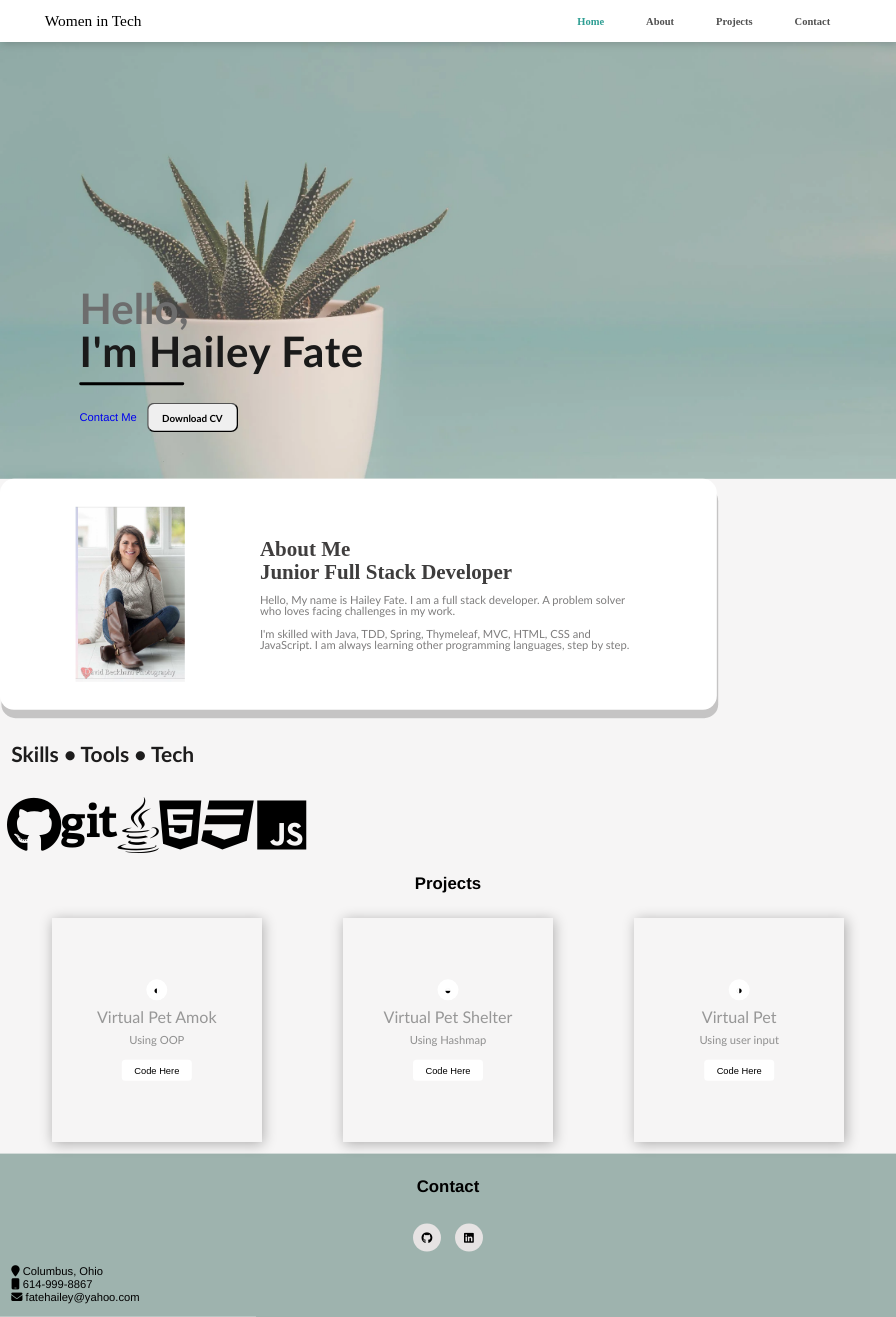
Repository: fatehailey/fatehailey.github.io
Page: index.html
These files come from the project's save history. The page is drawn as it stood at one moment and after the next save; the edit follows.
The browser window is 1280 px wide. The pictures show the whole page, at 70% of full size.
Some web libraries are served in a nearby version.

Above is the page before, as saved 2022-07-25 15:15:49.

### index.html
<!DOCTYPE html>
<html lang="en">

<head>
    <meta charset="UTF-8">
    <meta http-equiv="X-UA-Compatible" content="IE=edge">
    <meta name="viewport" content="width=device-width, initial-scale=1.0">
    <title>Professional Portfolio Website</title>
    <link rel="stylesheet" type="text/css" href="./style.css">
    <script src="https://kit.fontawesome.com/aba5373111.js" crossorigin="anonymous"></script>
</head>
<section>
    <!--------Navbar-->
    <nav>
        <header class="logo"> Women in Tech</header>
        <!--menu-->
        <ul>
            <li><a href="#" class="active">Home</a></li>
            <li><a href="#about">About</a></li>
            <li><a href="#projects">Projects</a></li>
            <li><a href="#contact-form">Contact</a></li>
        </ul>
    </nav>
    <!--text-->
    <div class="text-container">
        <p>Hello,</p>
        <p>I'm Hailey Fate</p>
        <p class="line"></p>
        <a class="button" href = "mailto: fatehailey@yahoo.com">Contact Me</a>
        <a href="Resume -JAVA.pdf">
            <button>Download CV</button>
        </a>

    </div>
</section>
<div class="about-container">
    <!--img-->
    <img src="20638533_10207488042478732_6104525529025967976_n.jpg" />
    <!--about-me-text-->
    <div class="about-text">
        <p id="about">About Me</p>
        <p>Junior Full Stack Developer</p>
        <p>Hello, My name is Hailey Fate. I am a full stack developer. A problem solver who loves facing challenges in
            my work. </p>
        <p>I'm skilled with Java, TDD, Spring, Thymeleaf, MVC, HTML, CSS and JavaScript. I am always learning other
            programming languages, step by step.</p>
    </div>
</div>

<!--Project-->
<div class="skills">
    <!--text-->
    <div class="skills-text ">
        <p>Skills • Tools • Tech</p>
    </div>
    <div class="column">
        <i class="fa-brands fa-github"></i>
        <i class="fa-brands fa-git"></i>
        <i class="fa-brands fa-java"></i>
        <i class="fa-brands fa-html5"></i>
        <i class="fa-brands fa-css3"></i>
        <i class="fa-brands fa-js"></i>
    </div>
</div>
<h2 id="projects" style="text-align:center">Projects </h2>
<div class="box-container">
    <!--1------------->
    <div class="box-1">
        <span>◐</span>
        <p class="heading">Virtual Pet Amok</p>
        <p class="details">Using OOP</p>
        <a href="https://github.com/2022-April-Java-PT-Classroom/virtual-pet-amok-fatehailey">
            <button>Code Here</button>
        </a>
    </div>
    <!--2------------->
    <div class="box-2">
        <span>◒</span>
        <p class="heading">Virtual Pet Shelter</p>
        <p class="details">Using Hashmap</p>
        <a href="https://github.com/2022-April-Java-PT-Classroom/virtual-pet-shelter-fatehailey">
            <button>Code Here</button>
        </a>
    </div>
    <!--3------------->
    <div class="box-3">
        <span>◑</span>
        <p class="heading">Virtual Pet</p>
        <p class="details">Using user input</p>
        <a href="https://github.com/2022-April-Java-PT-Classroom/virtual-pet-fatehailey">
            <button>Code Here</button>
        </a>
    </div>
</div>
<footer>
    <div class="social-footer">
        <h2 id="contacts" style="text-align:center">Contact</h2>
        <div class="social-icons">
            <a href="https://github.com/fatehailey"><i class="fa-brands fa-github"></i></a>
            <a href="https://www.linkedin.com/in/haileyfate/"><i class="fa-brands fa-linkedin"></i></a>
        </div>
        <div class="place">
            <span class="fa-solid fa-location-pin"></span>
            <span class="text">Columbus, Ohio</span>
        <div class="phone">
            <span class="fa-solid fa-mobile"></span>
            <span class="text">614-999-8867</span>
        </div>
        <div class="email">
            <span class="fa-solid fa-envelope"></span>
            <span class="text">fatehailey@yahoo.com</span>
        </div>

    </div>
</footer>
</body>
</html>

### style.css

body{
    background-color: #f6f5f5;
    margin: 0;
    padding: 0px;
    font-family: 'Franklin Gothic Medium', 'Arial Narrow', Arial, sans-serif;
}
ul{
    list-style: none;
}
a{
    text-decoration: none;
}
section{
    width: 100%;
    height: 95vh;
    background-image: url('pexels-photo-1445416.webp');
    background-repeat: no-repeat;
    background-size: cover;
}
nav{
    display: flex;
    justify-content: space-between;
    align-items: center;
    height: 60px;
    background-color: #FFFFFF;
    box-shadow: 2px 2px 12px rgba(0,0,0,0.2);
    padding: 0px 5%;
}
nav ul{
    display: flex ;
}
nav ul li a{
    margin:30px;
    font-family: myraid pro regular;
    color:#505050;
    font-size: 15px;
    font-weight: 700;
}
.logo{
    font-family: RoadTest;
    color: #000000;
    font-size: 22px;
}
.active{
   font-weight:bold;
   color: #2e9e93;
}
.text-container p:nth-child(1){
    font-family: calibri;
    font-weight: bold;
    color: #6d6d6d;
    font-size: 60px;
    padding-bottom: 1rem;
}
.text-container p:nth-child(2){
    font-family: calibri;
    font-weight: bold;
    letter-spacing: 1px;
    color: #1a1a1a;
    font-size: 60px;
}
.text-container p:nth-child(3){
    font-family: myrid pro regular;
    color: #403e3e;
    font-size: 30px;
    line-height: 30px;
}
.text-container p{
    line-height: 0px;
    margin: 45px 0px 25px;
}
.line{
    width: 150px;
    height: 4px;
    background: #000000;
    margin: 10px auto;
    border-radius: 5px;
}
.text-container{
    position: absolute;
    left: 13%;
    top:42%;
    transform: translate(-13%, 42%);
}
.text-container button{
    width:130px;
    height: 42px;
    border-radius: 10px;
    font-family: calibri;
    font-weight: bold;
    font-size: 14px;
    outline:none;
    margin:0px 10px;
}
.abtme{
    border:2px solid #373636;
    color: #373636;
}
.down-cv{
    background-color: #0b0b0b;
    color: #FFFFFF;
    border: none;
}
button:active{
    transform:scale(1.1);
}

.about-container{
    width: 80%;
    height:330px;
    background-color: #ffffff;
    border-radius: 20px;
    box-shadow: 2px 12px rgba(0,0,0,0.2);
    display:flex;
    position: relative;
    justify-content: space-evenly;
    align-items: center;
}
.about-container img{
    height: 250px;
    margin-left: 5px;
}

.about-text{
    width: 550px;
    margin-left: 5px;;

}
.about-text p:nth-child(1){
    color: #403e3e;
    font-family: myriad pro;
    font-weight: bold;
    font-size: 30px;
    line-height: 0px;
}
.about-text p:nth-child(2){
    color: #3e3d3d;
    font-size: 30px;
    font-family: myriad pro;
    font-weight: bold;
    line-height: 5px;
}
.about-text p:nth-child(3),
.about-text p:nth-child(4){
    color: #7e7d7d;
    font-size: 20pxpx;
    font-family: calibri;
    line-height: 16px;
}
.about-text button{
    width:120px;
    height:40px;
    color: #FFFFFF;
    outline: none;
    border:none;
    font-family: calibri;
    background-color: #262525;
}
.skills-text p:nth-child(1){
	font-family: calibri;
	font-weight:bold;
	color:#1d1c1c;
	font-size:30px;
	line-height:0px;
}
.skills-text{
    padding-top: 2rem;
    padding-bottom: 2rem;
    padding-left: 1rem;;
	width: 500px;
    display: flex;
}
.column
{
    flex: 50%;
    padding: 0 10px 10px;
    display: flex;
    flex-flow: row wrap;
    margin-bottom: 15px;
    font-size: 5rem;
}
.column img
{
    float: left;
    width:  100px;
    height: 100px;
    object-fit: cover;
}
.box-container{
	display:flex;
	justify-content: space-around;
    padding: 1rem;
}
.box-1,.box-2,.box-3{
	width: 300px;
	height:320px;
	background-repeat: no-repeat;
	background-size: cover;
	box-shadow:2px 2px 18px rgba(0,0,0,0.3);
	align-items: center;
	justify-content: center;
	display: flex;
	flex-direction: column;
	margin: 0px 20px;
}
.box-1 span,
.box-2 span,
.box-3 span{
	width:30px;
	height:30px;
	border-radius:50%;
	background-color:#ffffff;
	display: flex;
	justify-content: center;
	align-items:center;
	font-family: calibri;
	font-weight: bold;
}
.box-1 p:nth-child(2),
.box-2 p:nth-child(2),
.box-3 p:nth-child(2){
	color:#979797;
	font-family: calibri;
	font-size: 23px;
	line-height:0px;

}
.box-1 p:nth-child(3),
.box-2 p:nth-child(3),
.box-3 p:nth-child(3){
	font-family: calibri;
	color:#8F8F8F;
	text-align:center;
	width: 230px;
	margin:0px 0px 20px 0px;

}
.box-1 button,
.box-2 button,
.box-3 button{
	width:100px;
	height:30px;
	background-color:#FFFFFF;
	border:none;
	outline: none;
	border-radius:5px;
}
footer{
    background-color: #9eb3ae;
    height: 220px;
    width: 100%;
    min-height: 5rem;
    margin: auto;
    padding-top: 1%;
}
.place{
    padding-left: 1rem;

}

.social-icons a{
    width:40px;
    height:40px;
    display: flex;
    justify-content: center;
    align-items: center;
    background-color:#e6e3e3;
    margin:20px 10px;
    border-radius:50%;
}
.social-icons{
    display: flex;
    justify-content: center;
}

.social-icons i,.social i{
    color:#000000;
}
.social-icons a:hover{
    background-color:#000000;
    box-shadow:2px 2px 12px rgba(0,0,0,0.2);
    transition:all ease 0.5s;
}
.social-icons a:hover i,
.social a:hover i{
    color:#FFFFFF;
    transition:all ease 0.5s;
}

After the next save:
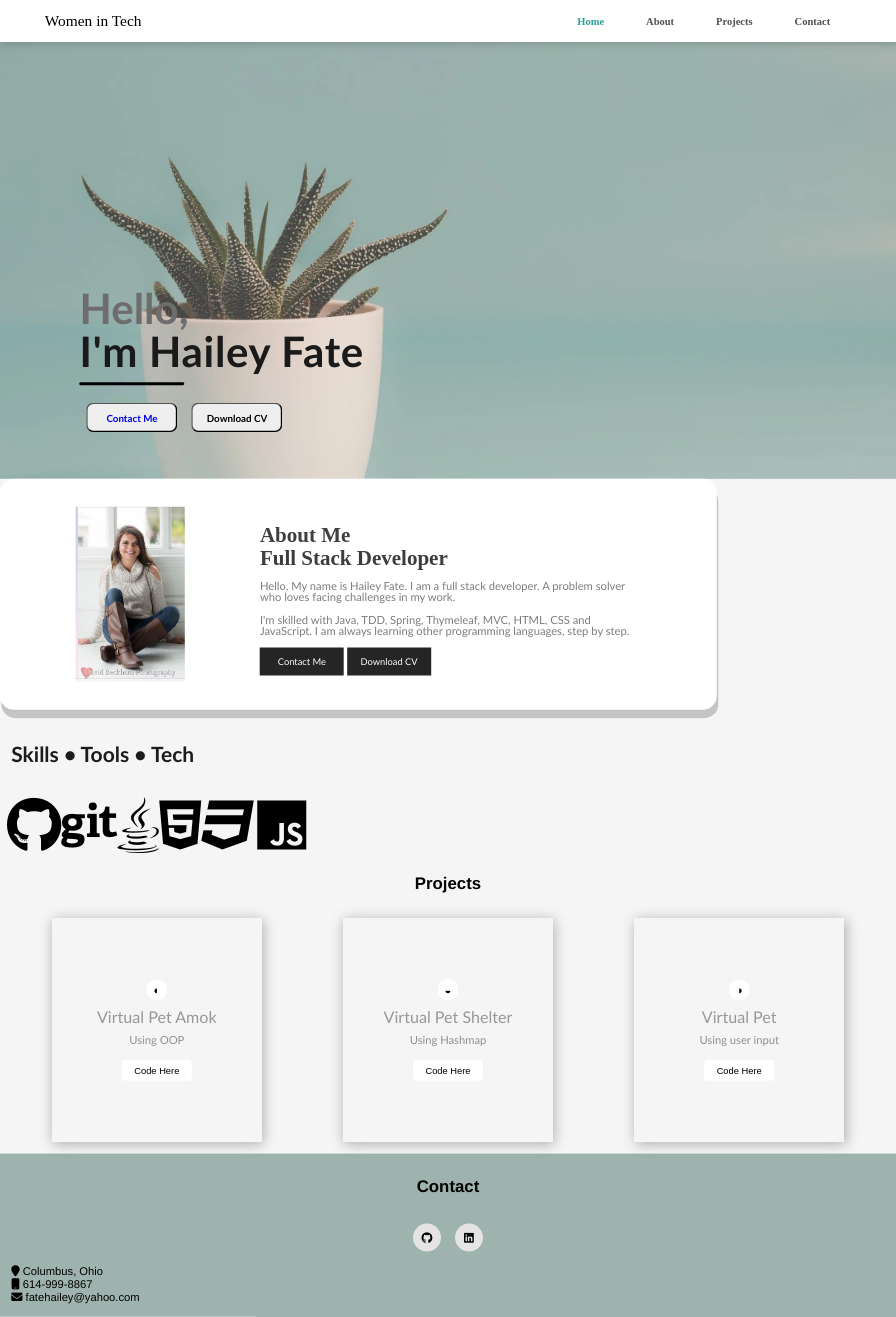
Saved 65 s later.
--- a/index.html
+++ b/index.html
@@ -26,7 +26,7 @@
         <p>Hello,</p>
         <p>I'm Hailey Fate</p>
         <p class="line"></p>
-        <a class="button" href = "mailto: fatehailey@yahoo.com">Contact Me</a>
+        <button id="contact-form"><a href = "mailto: fatehailey@.com">Contact Me</a>
         <a href="Resume -JAVA.pdf">
             <button>Download CV</button>
         </a>
@@ -39,11 +39,13 @@
     <!--about-me-text-->
     <div class="about-text">
         <p id="about">About Me</p>
-        <p>Junior Full Stack Developer</p>
+        <p>Full Stack Developer</p>
         <p>Hello, My name is Hailey Fate. I am a full stack developer. A problem solver who loves facing challenges in
             my work. </p>
         <p>I'm skilled with Java, TDD, Spring, Thymeleaf, MVC, HTML, CSS and JavaScript. I am always learning other
             programming languages, step by step.</p>
+        <button id="contacts">Contact Me</button>
+        <button onclick="Resume -JAVA.pdf">Download CV</button>
     </div>
 </div>
 
